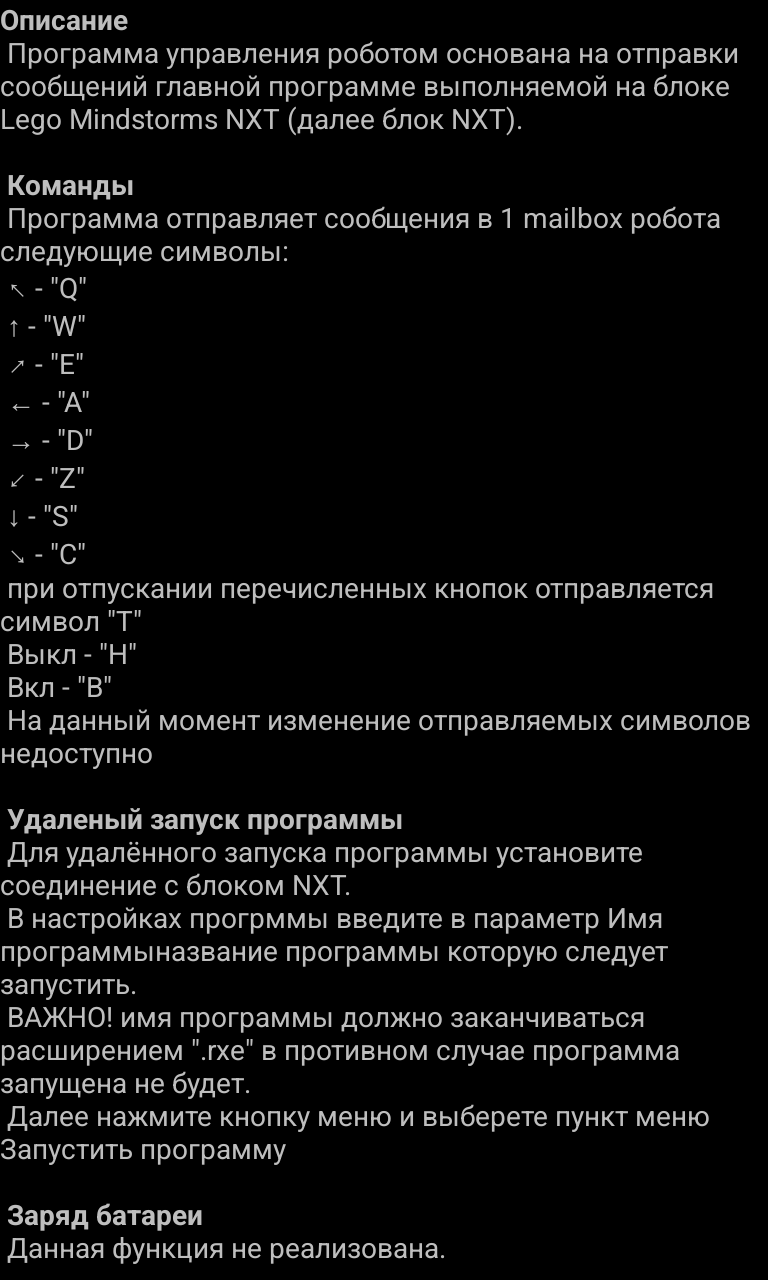
Repository: ssbayanov/panhandlerNXT
Layout: poproshaika/res/layout/help.xml
These files come from the project's save history. The layout is drawn as it stood at one moment and after the next save; the edit follows.
It is drawn on a 768 x 1280 px phone screen (xhdpi) without system bars, with theme android:Theme; the app's code is not run.

Above is the layout before, as saved 2012-11-06 07:37:58.

After the next save:
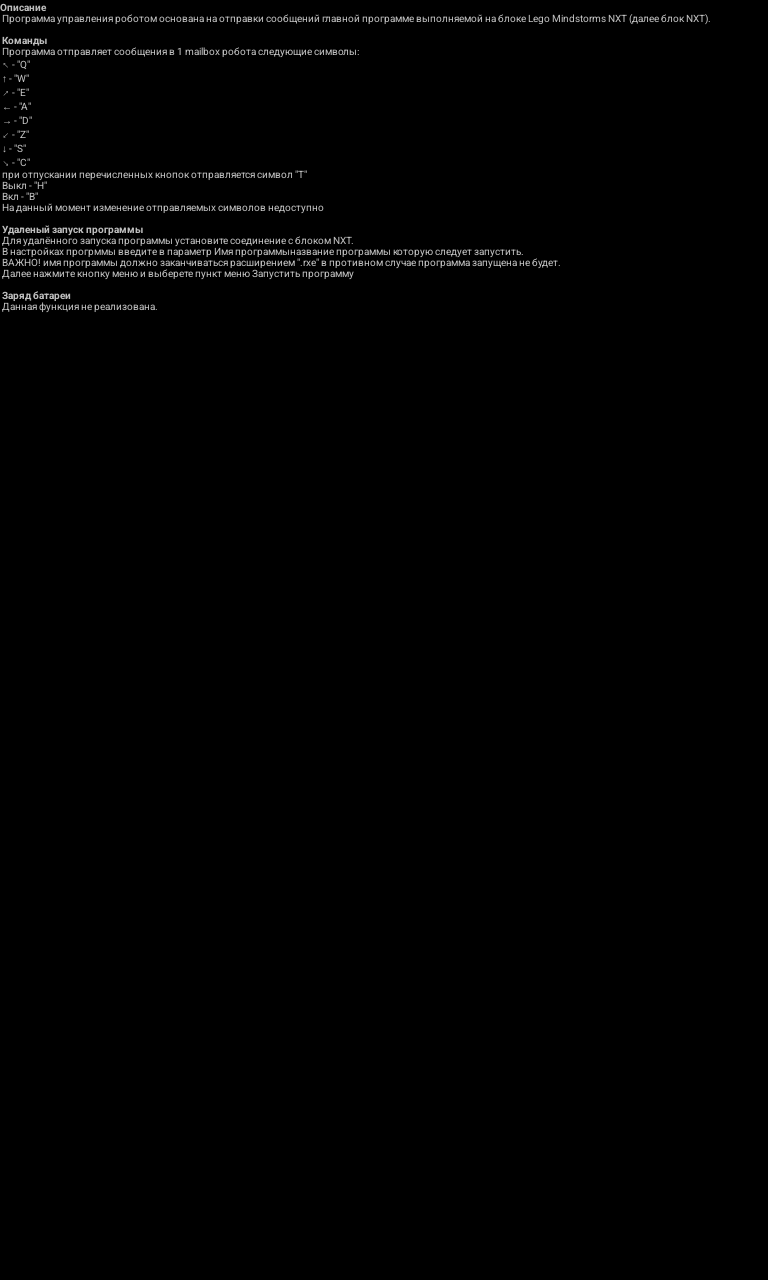
Saved 74 s later.
--- a/poproshaika/res/layout/help.xml
+++ b/poproshaika/res/layout/help.xml
@@ -15,7 +15,8 @@
                 android:layout_width="fill_parent"
                 android:layout_height="wrap_content"
                 android:gravity="top"
-                android:text="@string/help_content" />
+                android:text="@string/help_content"
+                android:textSize="5dp"/>
 
 
 
